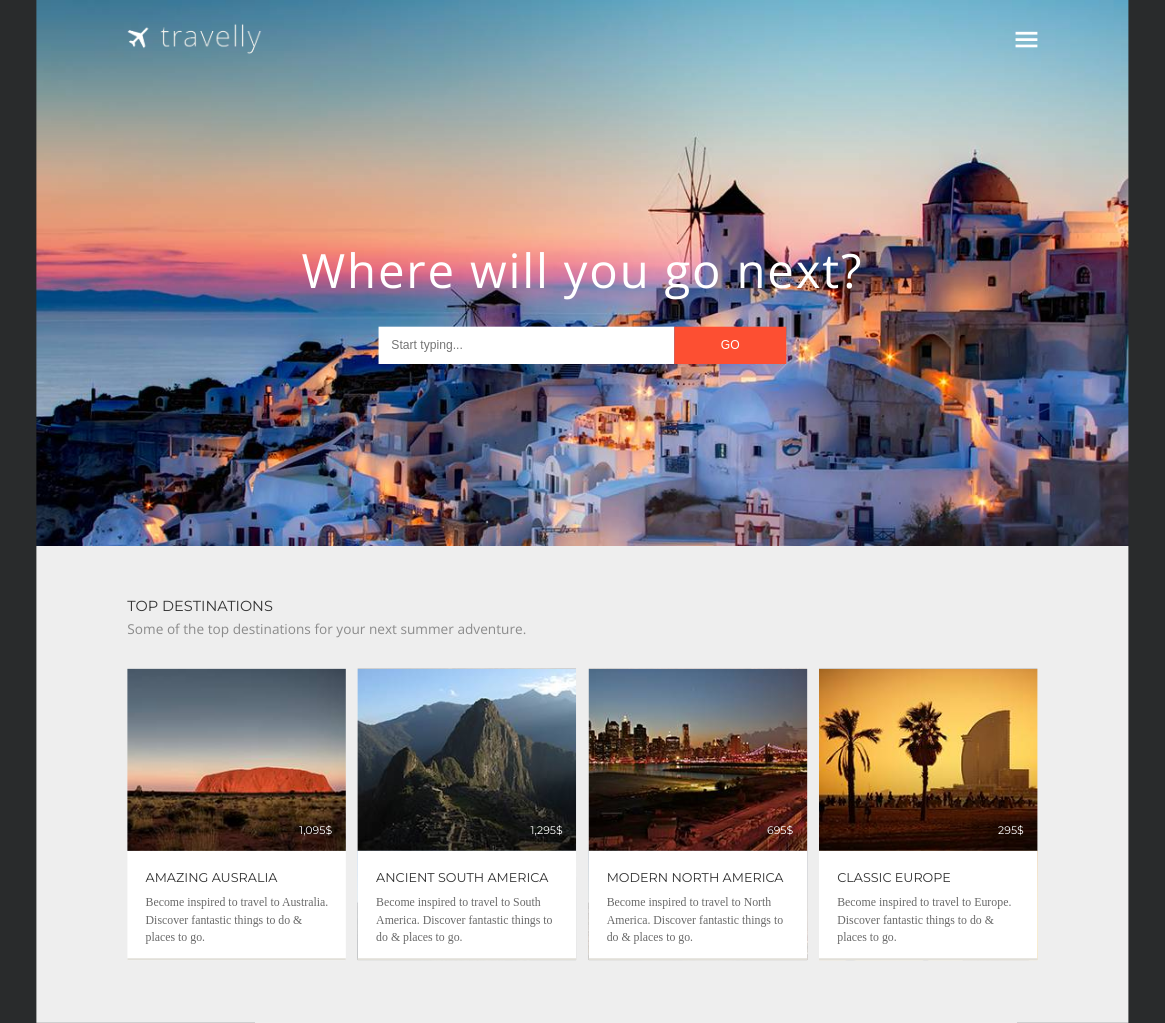
Repository: YusifHasanov/Web-Page-Template
Page: index.html
An editor plug-in stored every save of this project. The page is shown before and after a run of saves, followed by the edit.
The browser window is 1280 px wide. The pictures show the whole page, at 91% of full size.

Above is the page before, as saved 2021-12-05 21:48:21.

After the next 2 saves:
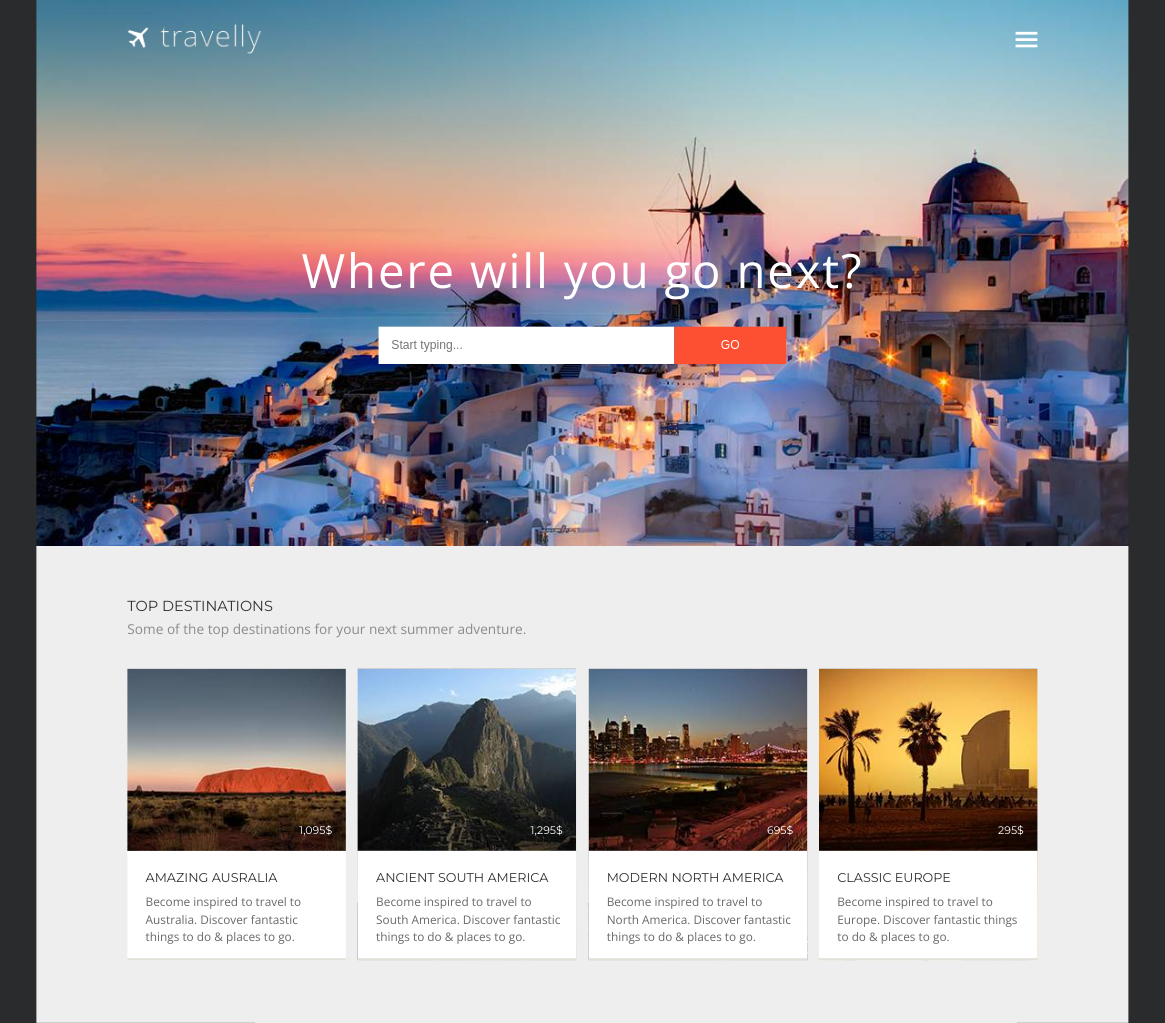
The 2 saves are shown as one change because they came seconds apart.
The last was saved 61 s later.
--- a/css/style.css
+++ b/css/style.css
@@ -170,4 +170,9 @@
   color: #696969;
   font-weight: 400;
   margin-top: 9px;
+  font-size: 13px;
+line-height: 19px;
+color: #696969;
+font-weight: 400;
+font-family: "Open Sans";
 }

After the 6 saves that followed:
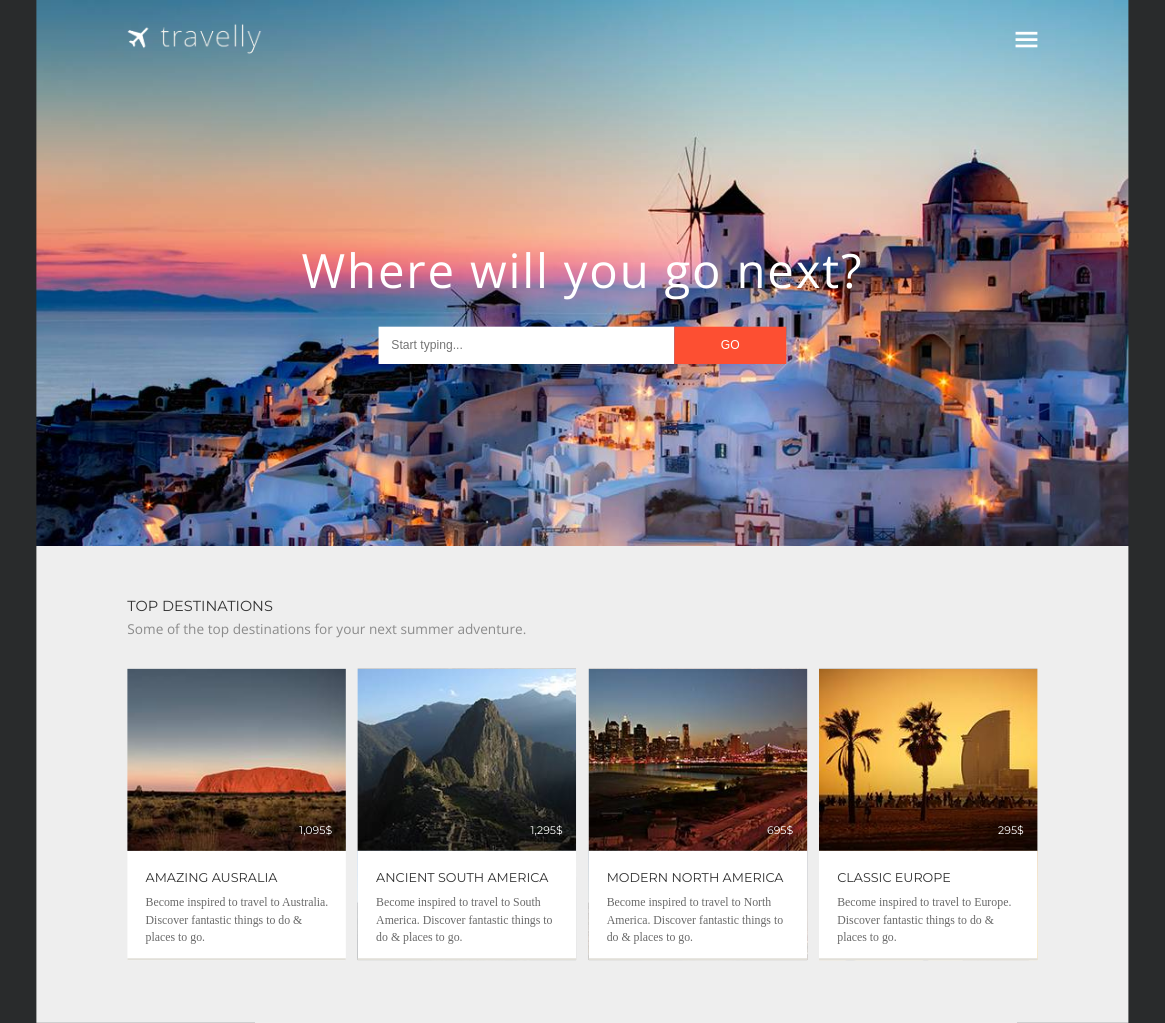
The 6 saves are shown as one change because they came seconds apart.
The last was saved 17 s later.
--- a/css/style.css
+++ b/css/style.css
@@ -170,9 +170,6 @@
   color: #696969;
   font-weight: 400;
   margin-top: 9px;
-  font-size: 13px;
-line-height: 19px;
-color: #696969;
-font-weight: 400;
-font-family: "Open Sans";
+  font-family:'' ;
+
 }
